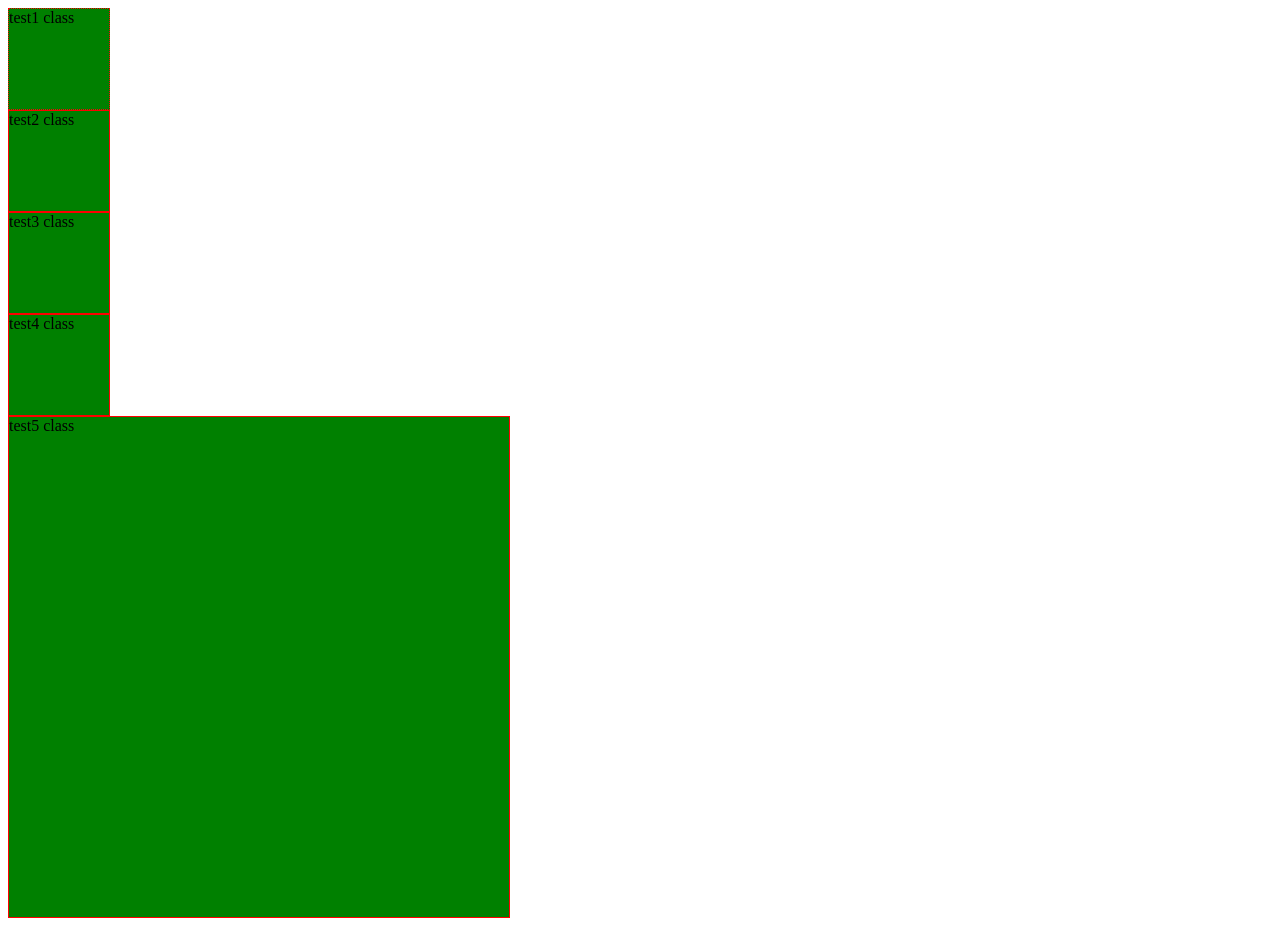
Repository: yuj1818/Hustar_JavaScript
Page: edu/edu/view/test.html
The author's editor kept a copy of each file at every save. The page is drawn from the files as they stood at one save, then again after the next save.
The browser window is 1280 px wide. The pictures show the whole page.

Above is the page before, as saved 2022-05-31 01:19:45.

### edu/edu/view/test.html
<!DOCTYPE html>
<html>
	<head>
		<meta charset="EUC-KR">
		<title>HTML 및 Javascipt 교육</title>
		<style>
			.test_class{
				border: 1px solid red; background-color:blue; width: 100px; height: 100px;
			}
			#test_id{
				width: 500px; height: 500px;
			}
			div {
				background-color: green !important;
			}
		</style>
	</head>
	<body>
		<div style="border: 1px dotted red; background-color:red; width: 100px; height: 100px;">
			test1 class
		</div>

		<div class="test_class">
			test2 class
		</div>

		<div class="test_class">
			test3 class
		</div>

		<div class="test_class">
			test4 class
		</div>

		<div class="test_class" id="test_id">
			test5 class
		</div>
	</body>
	<script>
		var data = 1;
		var data2 = 3;
		console.log("data + data2: ", data + data2);
		test_function(data,data2);

		function test_function (data, data2) {
			console.log("test_functon - data + data2: ", data + data2);
		}
	</script>
</html>

After the next save:
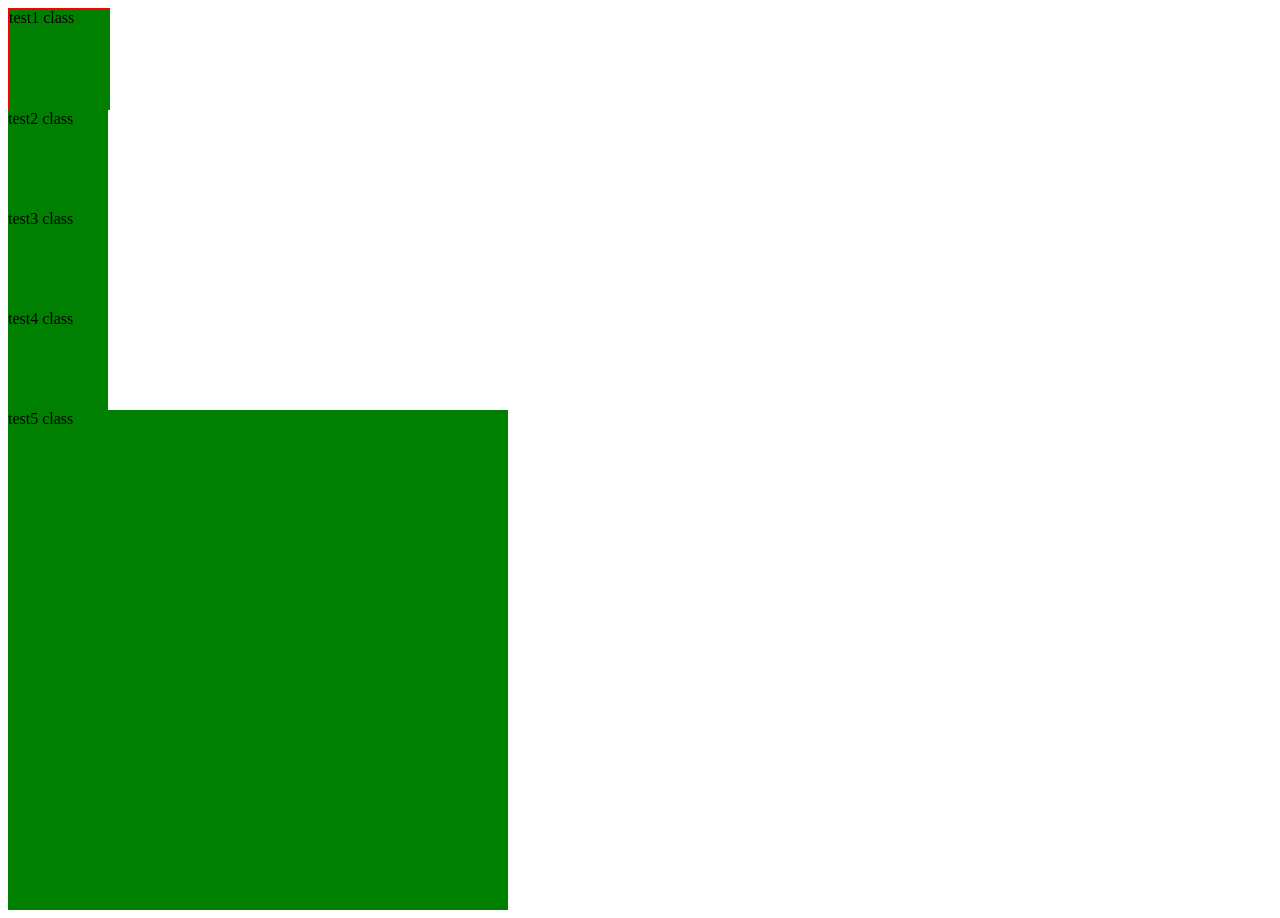
Saved 14 s later.
--- a/edu/edu/view/test.html
+++ b/edu/edu/view/test.html
@@ -5,7 +5,7 @@
 		<title>HTML 및 Javascipt 교육</title>
 		<style>
 			.test_class{
-				border: 1px solid red; background-color:blue; width: 100px; height: 100px;
+				border: 1px solid dotted; background-color:blue; width: 100px; height: 100px;
 			}
 			#test_id{
 				width: 500px; height: 500px;
@@ -16,7 +16,7 @@
 		</style>
 	</head>
 	<body>
-		<div style="border: 1px dotted red; background-color:red; width: 100px; height: 100px;">
+		<div style="border: 1px solid red; background-color:red; width: 100px; height: 100px;">
 			test1 class
 		</div>
 
